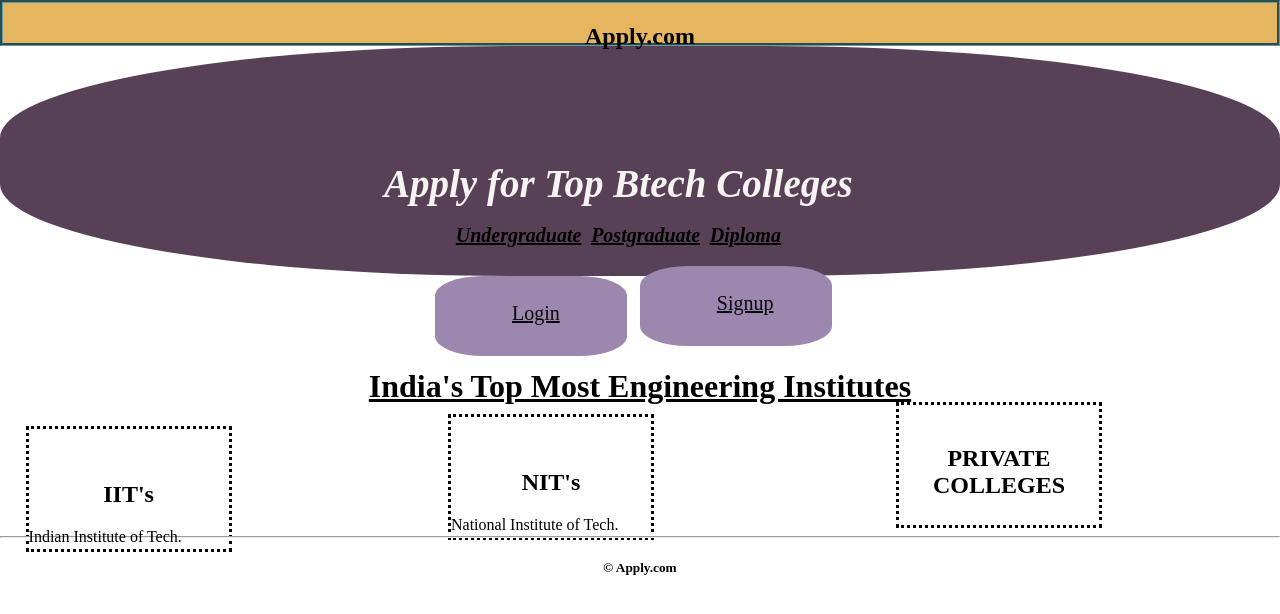
Repository: dashmeenkalra/dashmeen_kalra
Page: css/btech.html
An editor plug-in stored every save of this project. The page is shown before and after the next save, followed by the edit.
The browser window is 1280 px wide. The pictures show the whole page.

Above is the page before, as saved 2023-03-06 17:22:39.

### css/btech.html
<html>
    <head>
        <link href="btech.css" rel="stylesheet"/>
        <title>
            Welcome to apply.com
        </title>
    </head>
    <body>
        <header>
            <h2>Apply.com</h2>
        </header>
        <div id="app">
            <div class="wri">
                Apply for Top Btech Colleges</br>
                <a href="" class="id">Undergraduate</a>
                <a href="" class="id">Postgraduate</a>
                <a href="" class="id">Diploma</a>
            </div>
        </div>
        <div class="log">
            <a href="" class="id1"> Login</a>
        </div>
        <div class="log1">
            <a href="" class="id1">Signup</a>
        </div>
        <h1>India's Top Most Engineering Institutes</h1>
        <div id="type">
         <h2>IIT's</h2>Indian Institute of Tech.
        </div>
        <div id="type1">
            <h2>NIT's</h2>National Institute of Tech.
           </div>
           <div id="type2">
            <h2>PRIVATE COLLEGES</h2>
           </div>
           <hr/>
        <h5> &copy; Apply.com</h5>
    </body>
</html>

### css/btech.css
body{
    margin:0px;
}
header{
    background-color: rgb(229, 182, 95);
    height: 40px;
    border: groove;
    border-color: cadetblue;

}
header > h2{
    text-align: center;
}
#app{
    background-color: rgb(88, 64, 87);
    height:230px;
    width:100%;
    border-radius:40%;
}
.wri{
    text-align: center;
    margin-left: 30%;
    font-weight: bolder;
    font-style: oblique;
    font-size: 39px;
    margin-top: 9%;
    position: absolute;
    color: rgb(246, 243, 243);

}
.id{
    font-size: 20px;
    color: black;
}
.log{
    background-color: rgb(156, 136, 174);
    height:80px;
    width:15%;
    margin-left:34%;
    border-radius:25%;
}
.id1{
    font-size: 20px;
    color: rgb(9, 8, 8);
    margin-left:6%;
    margin-top:2%;
    position: absolute;
}
.log1{
    background-color: rgb(156, 136, 174);
    height:80px;
    width:15%;
    margin-left:50%;
    border-radius:25%;
    margin-top: -7.01%;
}
h1{
    text-align: center;
    text-decoration: underline;
}
#type{
    border: dotted;
    height:120px;
    width: 200px;
    margin-left:2%;
}
#type > h2{
  text-align: center;
  margin-top: 26%;
}
#type1{
    border: dotted;
    height:120px;
    width: 200px;
    margin-left:35%;
    margin-top:-10.8%;
}
#type1 > h2{
    text-align: center;
    margin-top: 26%;
}
#type2{
    border: dotted;
    height:120px;
    width: 200px;
    margin-left:70%;
    margin-top:-10.8%;
}
#type2 > h2{
    text-align: center;
    margin-top: 20%;
}
h5{
    text-align: center;
}

After the next save:
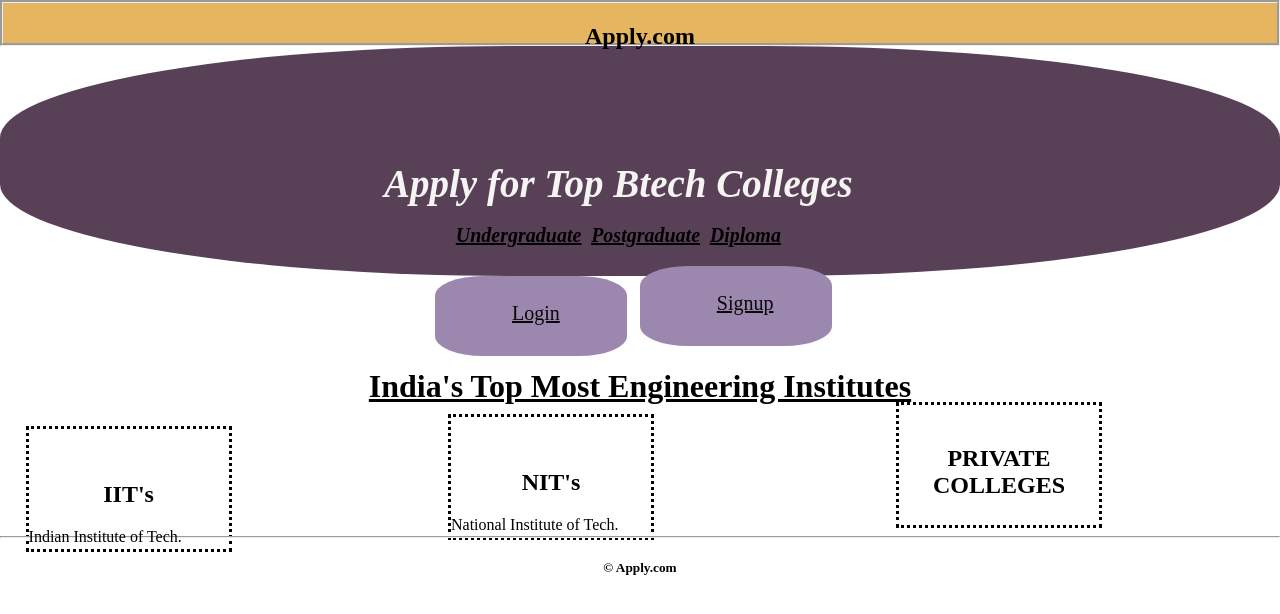
Saved 16 s later.
--- a/css/btech.css
+++ b/css/btech.css
@@ -5,7 +5,7 @@ header{
     background-color: rgb(229, 182, 95);
     height: 40px;
     border: groove;
-    border-color: cadetblue;
+
 
 }
 header > h2{
